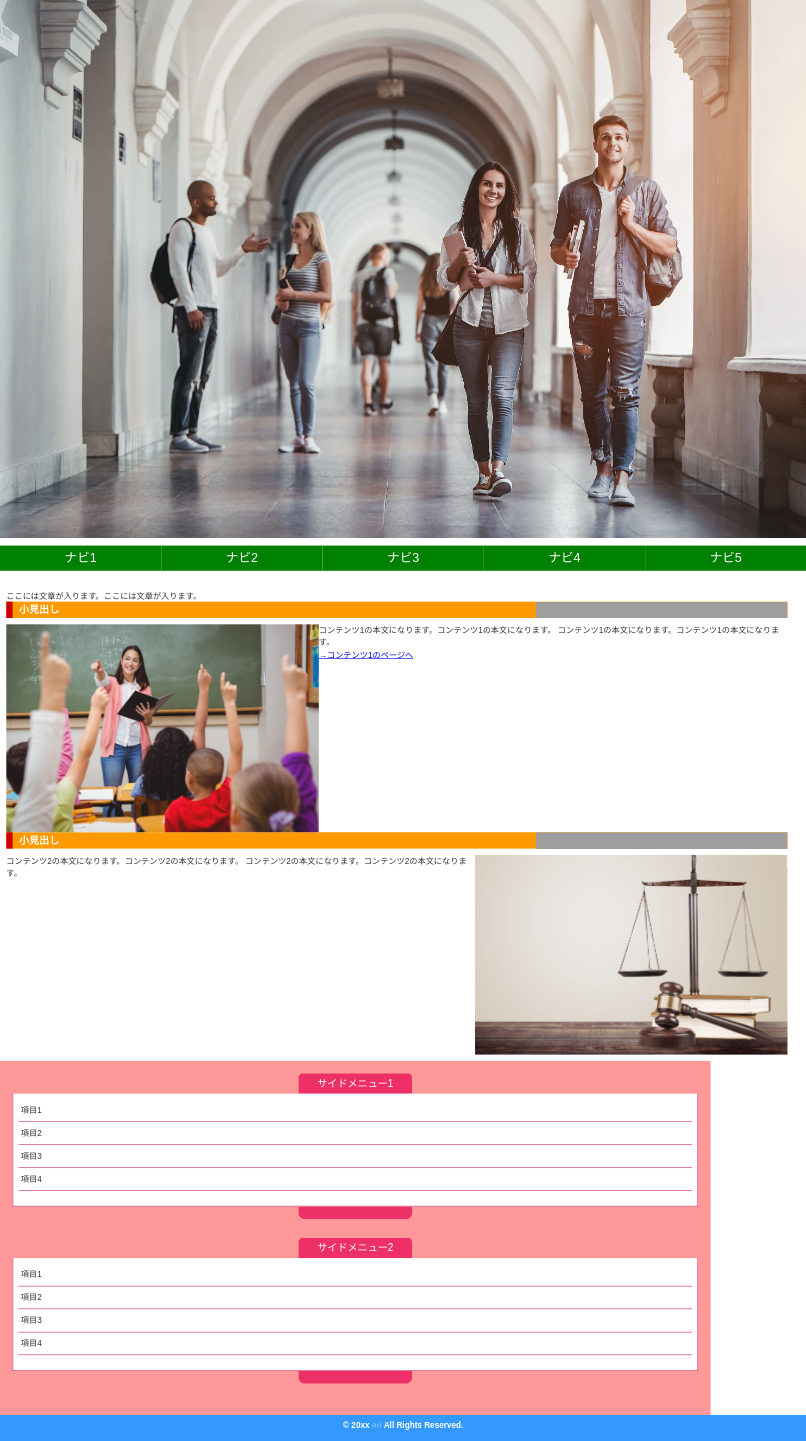
Repository: HeshaRI123/samurai_HTML-CSS
Page: index.html
The author's editor kept a record of every edit. The page is drawn from the files as they stood at one moment, then again after the next edit.
The browser window is 1280 px wide. The pictures show the whole page, at 63% of full size.
Pictures or frames that could not be fetched are drawn as grey boxes.

Above is the page before.

After the next edit:
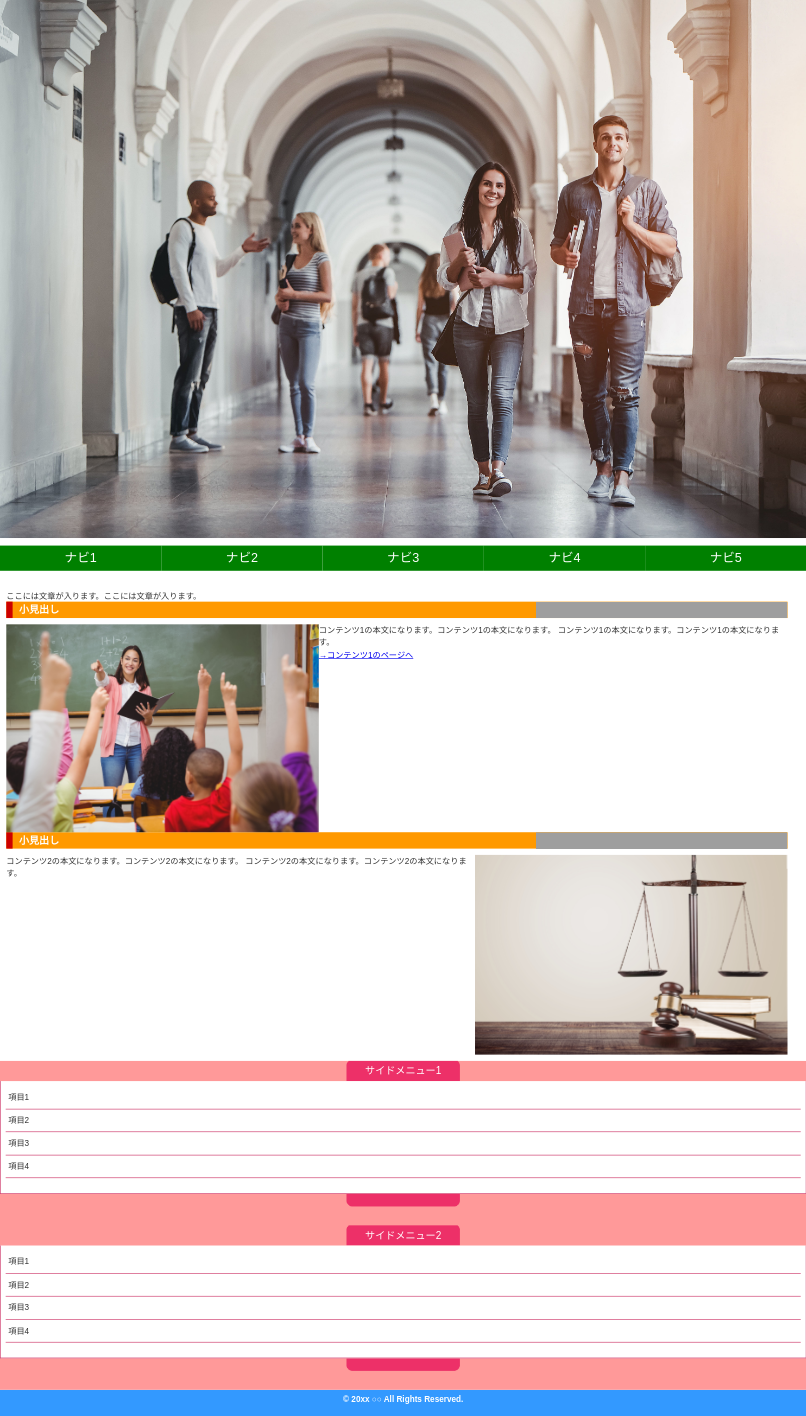
The edit:
--- a/stylesheet.css
+++ b/stylesheet.css
@@ -139,7 +139,7 @@
 
 /*------- side ---------*/
 #side {
-	width: 85%;
+	width: 85%
 	padding: 20px;
 	background-color: #f99;
 }
